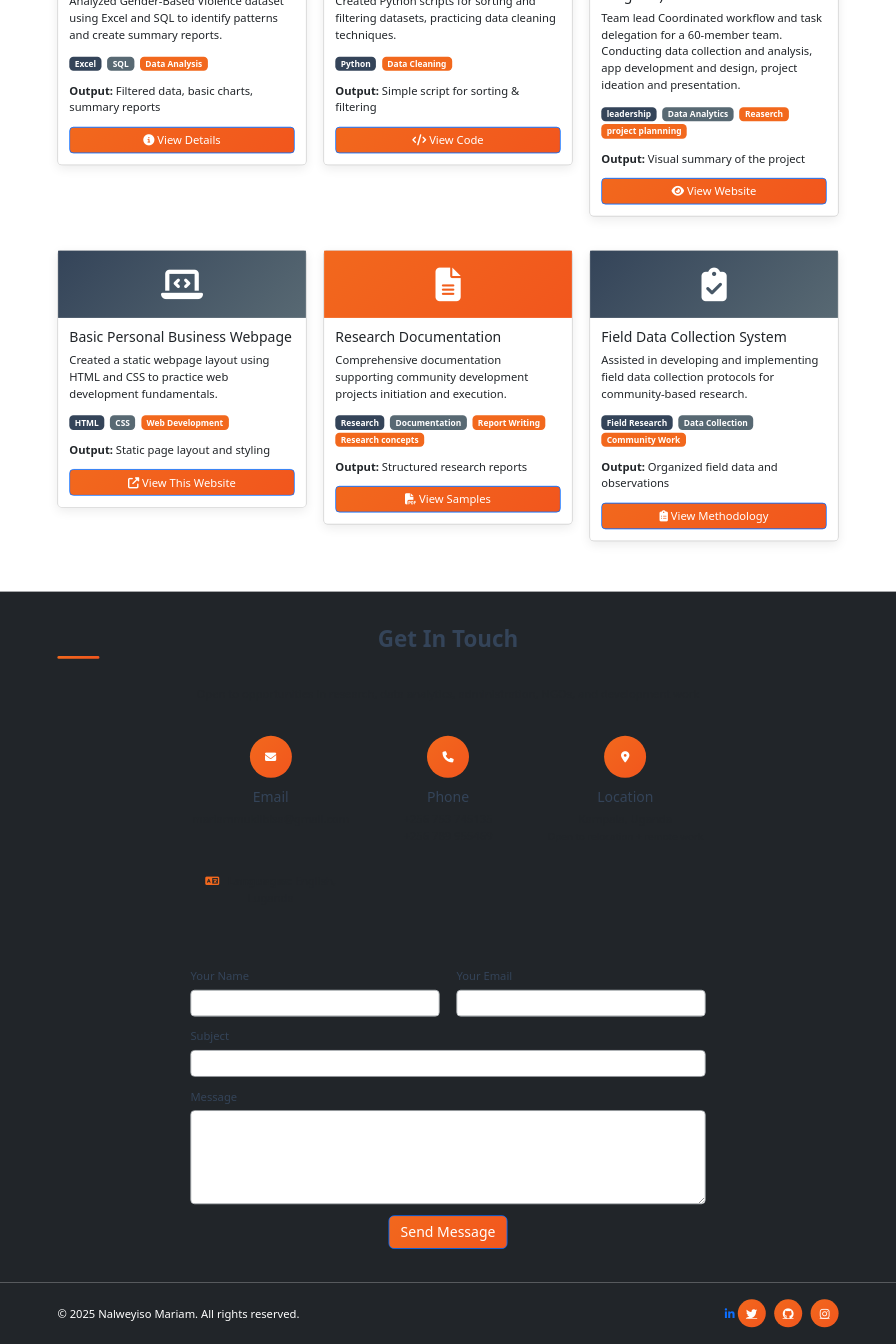
Repository: NalweMari/My-Personal-Portfolio
Page: index.html
The author's editor kept a copy of each file at every save. The page is drawn from the files as they stood at one save, then again after a run of saves.
The browser window is 1280 px wide. The pictures show the part of the page from y = 1803 to 3723 px (the page is 3723 px tall), at 70% of full size.
A picture or video elsewhere on the page could not be fetched, so the positions and the page height are approximate.

Above is the page before, as saved 2025-12-05 17:42:28.
Console error (its wording comes from the project's code and is left out).

After the next 2 saves:
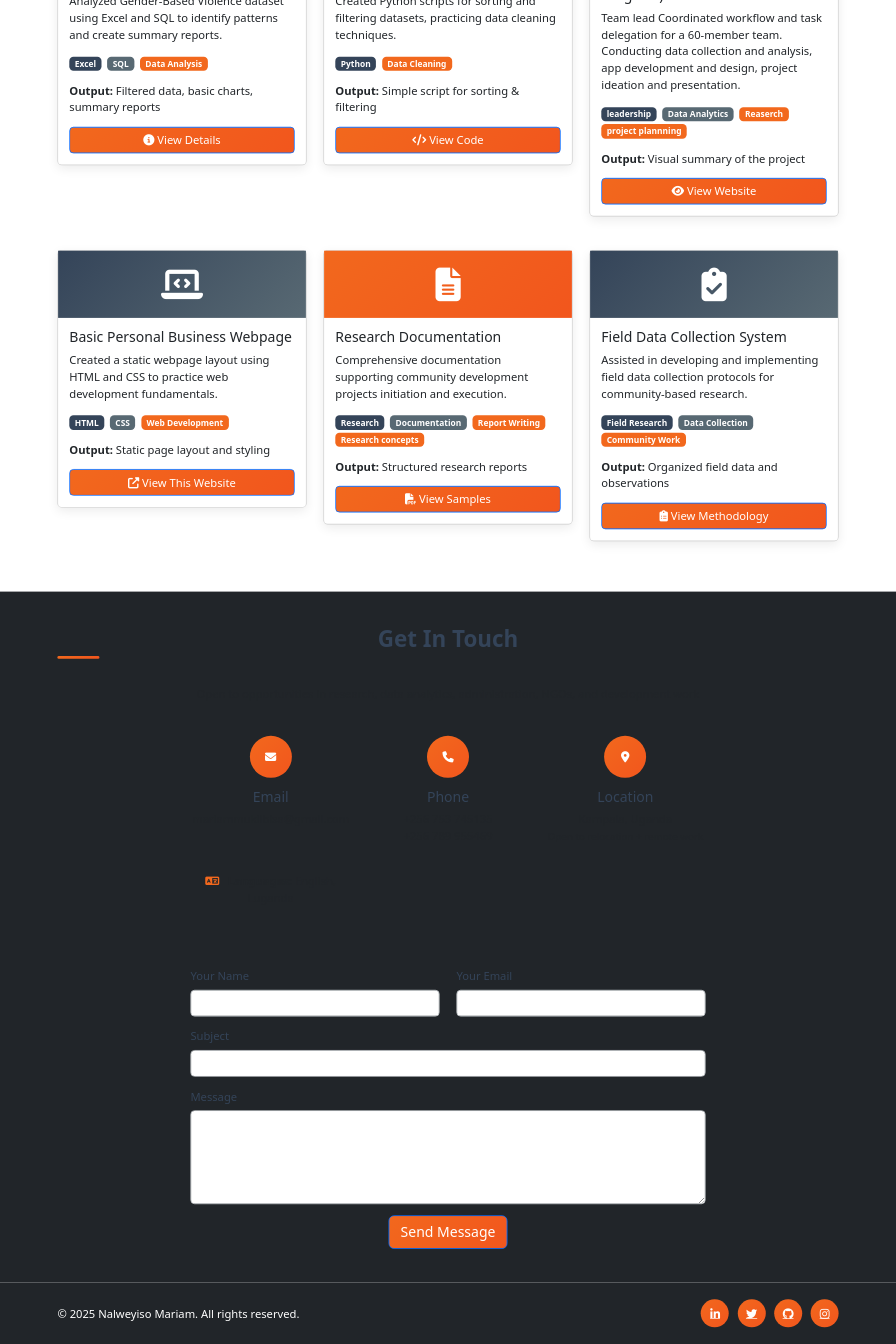
The 2 saves are shown as one change because they came seconds apart.
The last was saved 9 s later.
--- a/index.html
+++ b/index.html
@@ -405,7 +405,7 @@
                 </div>
                 <div class="col-md-6 text-center text-md-end">
                     <div class="mt-3 mt-md-0">
-                        <a href="Style.css class="social-icon me-2"><i class="fab fa-linkedin-in"></i></a>
+                        <a href="" class="social-icon me-2"><i class="fab fa-linkedin-in"></i></a>
                         <a href="#" class="social-icon me-2"><i class="fab fa-twitter"></i></a>
                         <a href="#" class="social-icon me-2"><i class="fab fa-github"></i></a>
                         <a href="#" class="social-icon"><i class="fab fa-instagram"></i></a>
